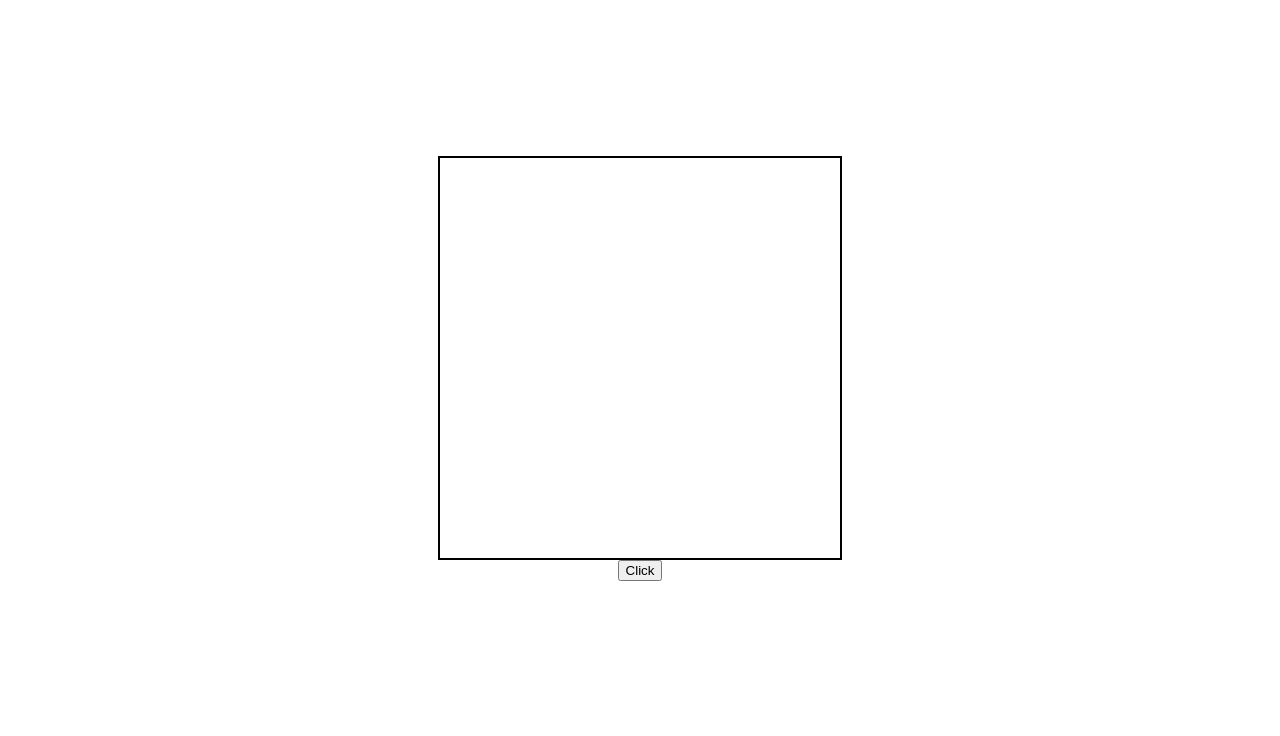
Repository: dmpelaez/photoBoothy
Page: Photobooth.html
The author's editor kept a copy of each file at every save. The page is drawn from the files as they stood at one save, then again after the next save.
The browser window is 1280 px wide. The pictures show the whole page.

Above is the page before, as saved 2025-12-16 11:52:54.

### Photobooth.html
<!DOCTYPE html>

  <html>

    <head>

      <title>Photobooth</title>

      <link rel="stylesheet" href="Photobooth.css">
    </head>
    <body>

      <video autoplay id="video"></video>
      <button id="photo-btn" >Click</button>
      <canvas id="canvas-image"></canvas>
      <script src="Photobooth.js"></script>
    </body>

  </html>

### Photobooth.css
body {
  display: Flex;
  align-items: center;
  justify-content: center;
  HEIGHT: 100VH;
  flex-direction: column;
}
#video,
#canvas {
  border: 2px solid black;
  height: 400px;
  width: 400px;
}

### Photobooth.js
const video = document.getElementById('video');
const canvas = document.getElementById('canvas-image');
const btn = document.getElementById('photo-btn');
const context = canvas.getContext('2d');

navigator.mediaDevices.getUserMedia({video: true})
.then((stream) => {
  video.srcObject = stream;
})


function capturePhoto() {
  canvas.width = video.videoWidth;
  canvas.height = video.videoHeight;


  context.drawImage(video, 0, 0, canvas.width, canvas.height);
}




btn.addEventListener('click', capturePhoto());

After the next save:
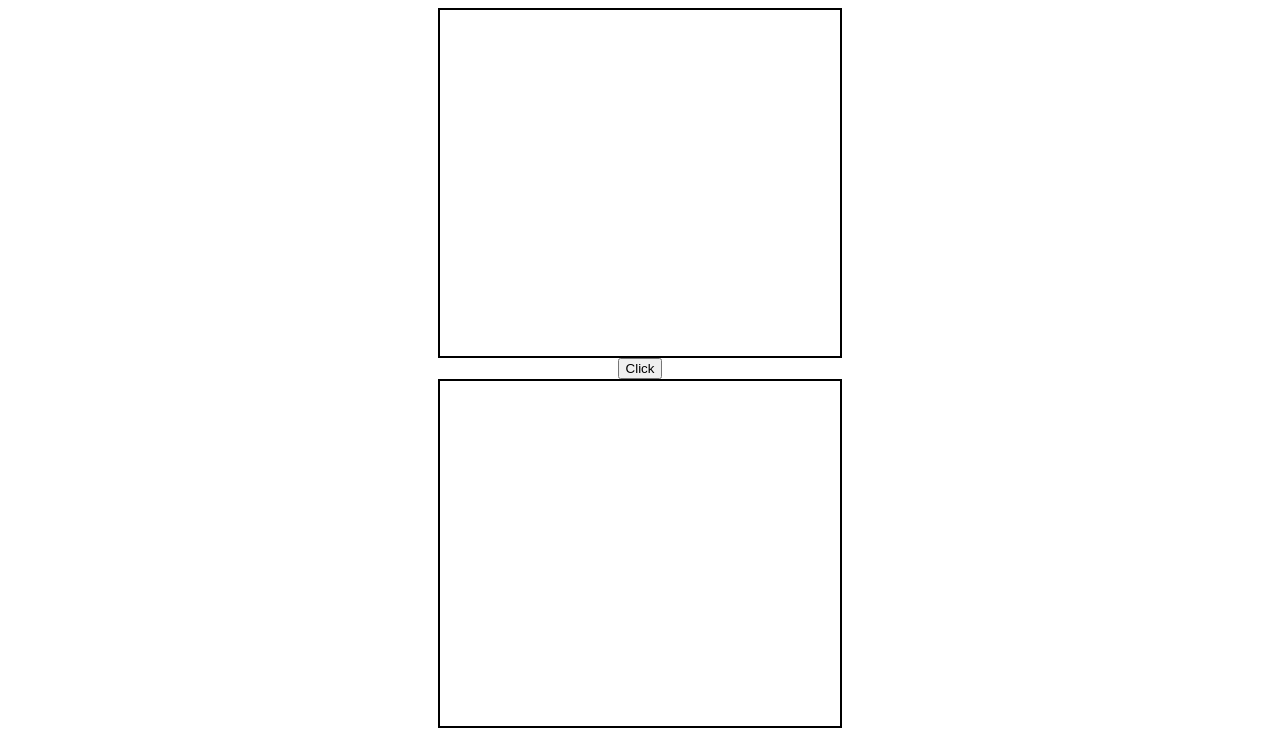
Saved 60 s later.
--- a/Photobooth.css
+++ b/Photobooth.css
@@ -6,7 +6,7 @@ body {
   flex-direction: column;
 }
 #video,
-#canvas {
+#canvas-image {
   border: 2px solid black;
   height: 400px;
   width: 400px;
